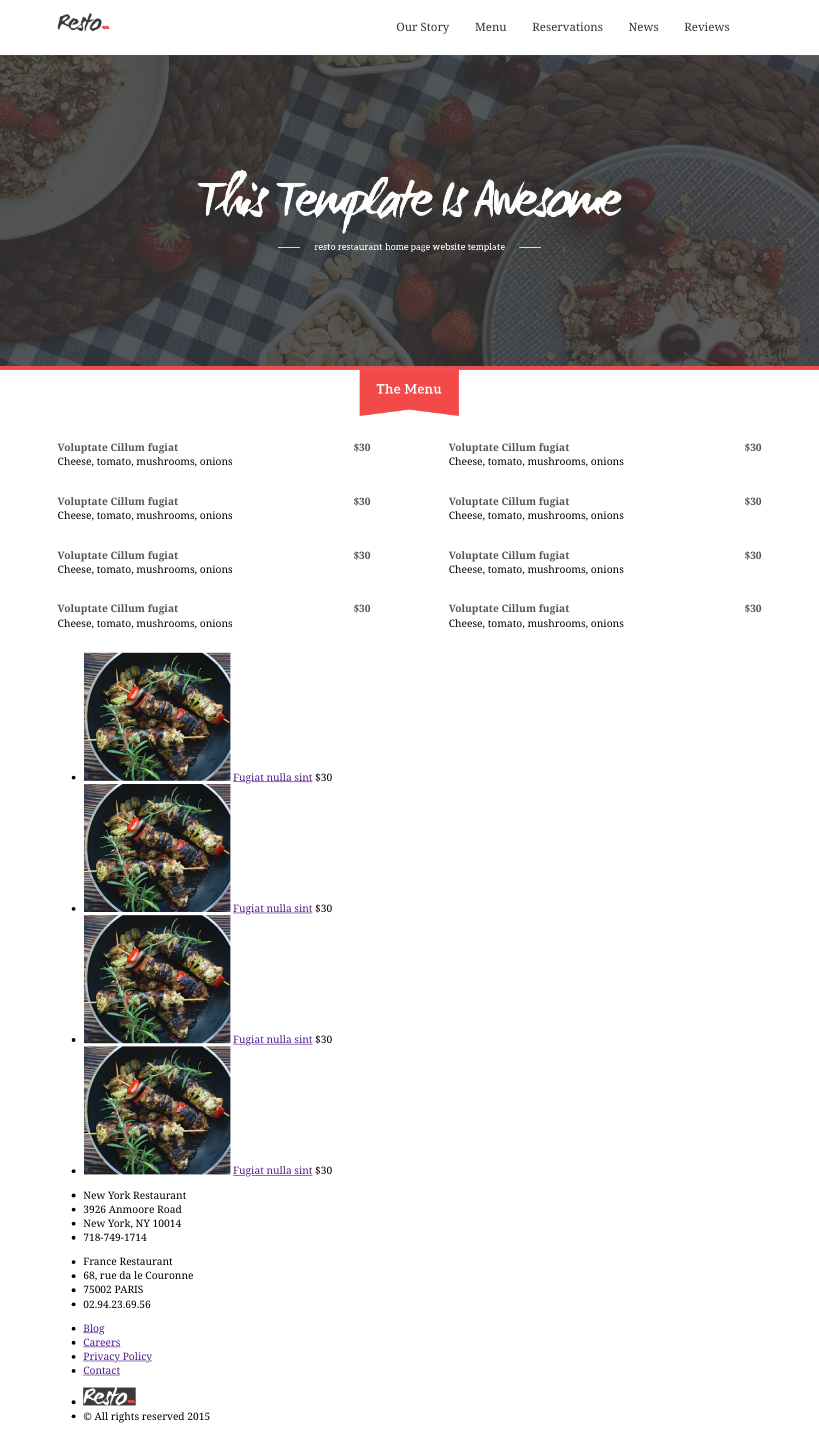
Repository: Piterwk1/psd-to-wordpress
Page: index.html
The author's editor kept a copy of each file at every save. The page is drawn from the files as they stood at one save, then again after the next save.
The browser window is 1280 px wide. The pictures show the whole page, at 64% of full size.

Above is the page before, as saved 2021-09-23 02:54:15.

### index.html
<html lang="en">

<head>
    <meta charset="UTF-8">
    <meta http-equiv="X-UA-Compatible" content="IE=edge">
    <meta name="viewport" content="width=device-width, initial-scale=1.0">
    <title>Resto</title>
    <link rel="stylesheet" href="style.css">
</head>

<body>

    <header>
        <div class="wrapper" id="headerWrapper">
            <h1 class="logo">Rest</h1>
            <nav>
                <h2>Main Navigation</h2>
                <ul>
                    <li><a href="">Our Story</a></li>
                    <li><a href="">Menu</a></li>
                    <li><a href="">Reservations</a></li>
                    <li><a href="">News</a></li>
                    <li><a href="">Reviews</a></li>
                </ul>
            </nav>
        </div>
    </header>

    <!-- start homepage content -->

    <div id="main-banner">
        <img src="images/banner.jpg" alt="Welcome to Resto">
    </div>

    <div class="wrapper">
        <section id="home-menu">
            <h2>Menu</h2>
            <ul>
                <li>
                    <span class="dish">Voluptate Cillum fugiat</span>
                    <span class="price">$30</span>
                    <span class="description">Cheese, tomato, mushrooms, onions</span>
                </li>
                <li>
                    <span class="dish">Voluptate Cillum fugiat</span>
                    <span class="price">$30</span>
                    <span class="description">Cheese, tomato, mushrooms, onions</span>
                </li>
                <li>
                    <span class="dish">Voluptate Cillum fugiat</span>
                    <span class="price">$30</span>
                    <span class="description">Cheese, tomato, mushrooms, onions</span>
                </li>
                <li>
                    <span class="dish">Voluptate Cillum fugiat</span>
                    <span class="price">$30</span>
                    <span class="description">Cheese, tomato, mushrooms, onions</span>
                </li>
                <li>
                    <span class="dish">Voluptate Cillum fugiat</span>
                    <span class="price">$30</span>
                    <span class="description">Cheese, tomato, mushrooms, onions</span>
                </li>
                <li>
                    <span class="dish">Voluptate Cillum fugiat</span>
                    <span class="price">$30</span>
                    <span class="description">Cheese, tomato, mushrooms, onions</span>
                </li>
                <li>
                    <span class="dish">Voluptate Cillum fugiat</span>
                    <span class="price">$30</span>
                    <span class="description">Cheese, tomato, mushrooms, onions</span>
                </li>
                <li>
                    <span class="dish">Voluptate Cillum fugiat</span>
                    <span class="price">$30</span>
                    <span class="description">Cheese, tomato, mushrooms, onions</span>
                </li>
            </ul>
        </section>

        <section id="featured">
            <ul>
                <li>
                    <img src="images/thumb-1.jpg">
                    <a href="">Fugiat nulla sint</a>
                    <span>$30</span>
                    <span class="rating"></span>
                </li>
                <li>
                    <img src="images/thumb-1.jpg">
                    <a href="">Fugiat nulla sint</a>
                    <span>$30</span>
                    <span class="rating"></span>
                </li>
                <li>
                    <img src="images/thumb-1.jpg">
                    <a href="">Fugiat nulla sint</a>
                    <span>$30</span>
                    <span class="rating"></span>
                </li>
                <li>
                    <img src="images/thumb-1.jpg">
                    <a href="">Fugiat nulla sint</a>
                    <span>$30</span>
                    <span class="rating"></span>
                </li>
            </ul>
        </section>
    </div>

    <!-- end homepage content -->

    <footer>
        <div class="wrapper">
            <ul>
                <li>New York Restaurant</li>
                <li>3926 Anmoore Road</li>
                <li>New York, NY 10014</li>
                <li>718-749-1714</li>
            </ul>
            <ul>
                <li>France Restaurant</li>
                <li>68, rue da le Couronne</li>
                <li>75002 PARIS</li>
                <li>02.94.23.69.56</li>
            </ul>
            <ul>
                <li><a href="">Blog</a></li>
                <li><a href="">Careers</a></li>
                <li><a href="">Privacy Policy</a></li>
                <li><a href="">Contact</a></li>
            </ul>
            <ul>
                <li><img src="images/white-logo.png" alt="logo"></li>
                <li>&copy; All rights reserved 2015</li>

            </ul>
        </div>
    </footer>
</body>

</html>

### style.css
body {
    font-family: Georgia, 'Times New Roman', Times, serif;
    margin: 0;
}

.wrapper {
    width: 100%;
    /* max-width: 960px; */
    max-width: 1100px;
    padding: 0 10px;
    margin:  0 auto;
}

h1.logo {
    background-image: url(images/logo.png);
    background-repeat: no-repeat;
    width: 100px;
    text-indent: -10000px;
}

#headerWrapper {
    display: flex;
    justify-content: space-between;
    width: 100%;
}

nav {

  margin-right: 10px;

}

#headerWrapper nav h2 {
    text-indent: -100000px;
    height: 0;
    margin: 0;
}

#headerWrapper nav ul {
   display: flex;
   justify-content: space-evenly;
   list-style-type:  none;
   margin: 10px 20px;
}
#headerWrapper nav li {

   margin: 20px 20px;
}
#headerWrapper nav li a{
   text-decoration: none;
   color: #333;
   font-size: 18px;
}
#headerWrapper nav li a:hover{
   color: blue;
}

#main-banner, #main-banner img{
    width: 100%;
}

#main-banner img {
    border-bottom: 6px solid #f34949;
}

#home-menu h2 {
    background-image: url(images/menu-head.png);
    background-repeat: no-repeat;
    width: 156px;
    height: 74px;
    text-indent: -10000px;
    margin: 0 auto;
}

#home-menu ul {
    display: flex;
    flex-wrap: wrap;
    justify-content: space-between;
   padding: 0;
   list-style: none;
}
#home-menu li {
    display: flex;
    flex-wrap: wrap;
   margin: 20px 0 20px 0;
   justify-content: space-between;
}

.dish{
    width: 50%;
    color: #555;
    font-weight: bold;
}

.price {
    color: #555;
    font-weight: bold;
}

After the next save:
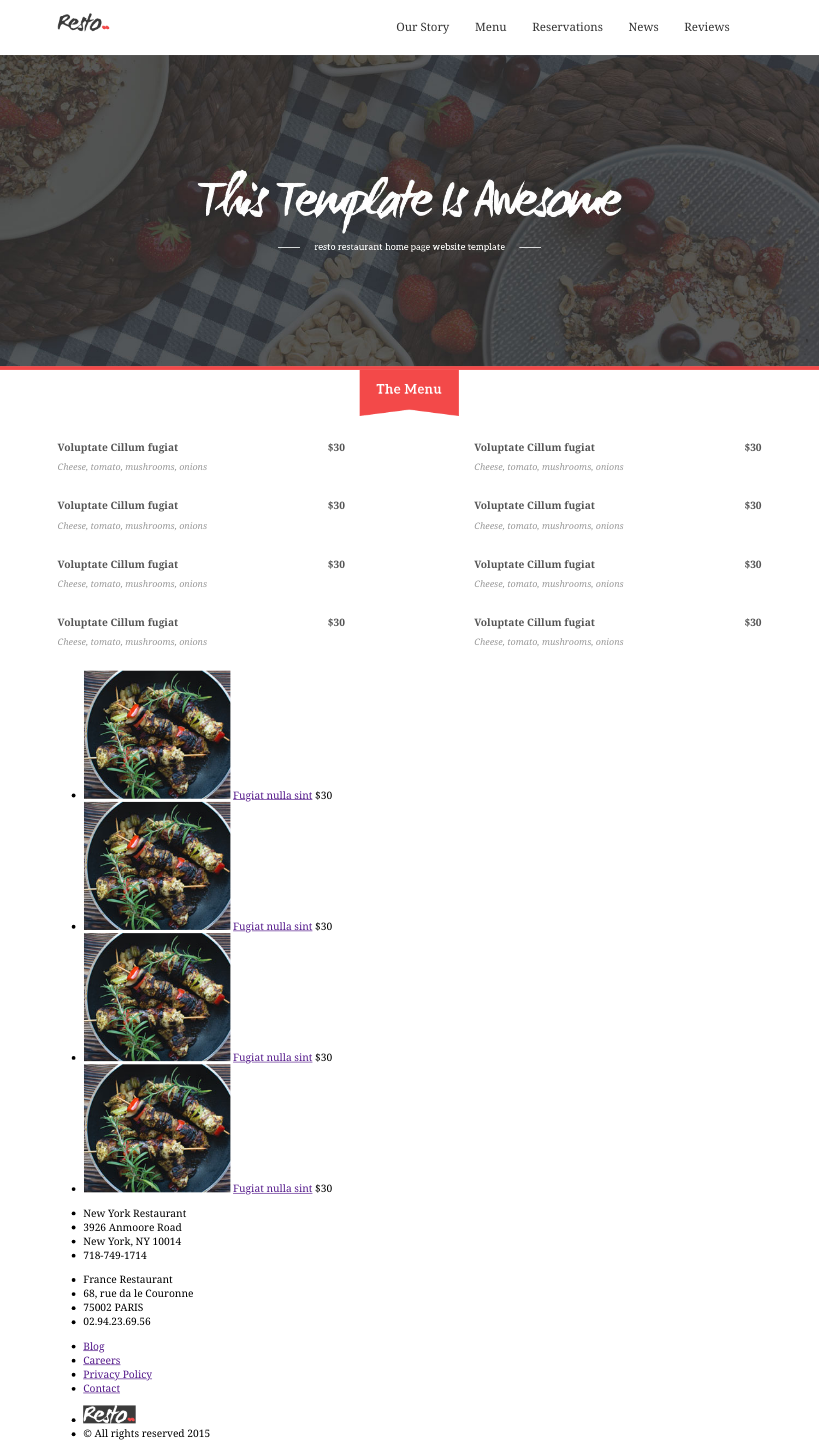
Saved 91 s later.
--- a/style.css
+++ b/style.css
@@ -96,3 +96,10 @@ nav {
     color: #555;
     font-weight: bold;
 }
+
+.description {
+    color: #999;
+    font-style: italic;
+    font-size: 14px;
+    padding-top: 10px;
+}
